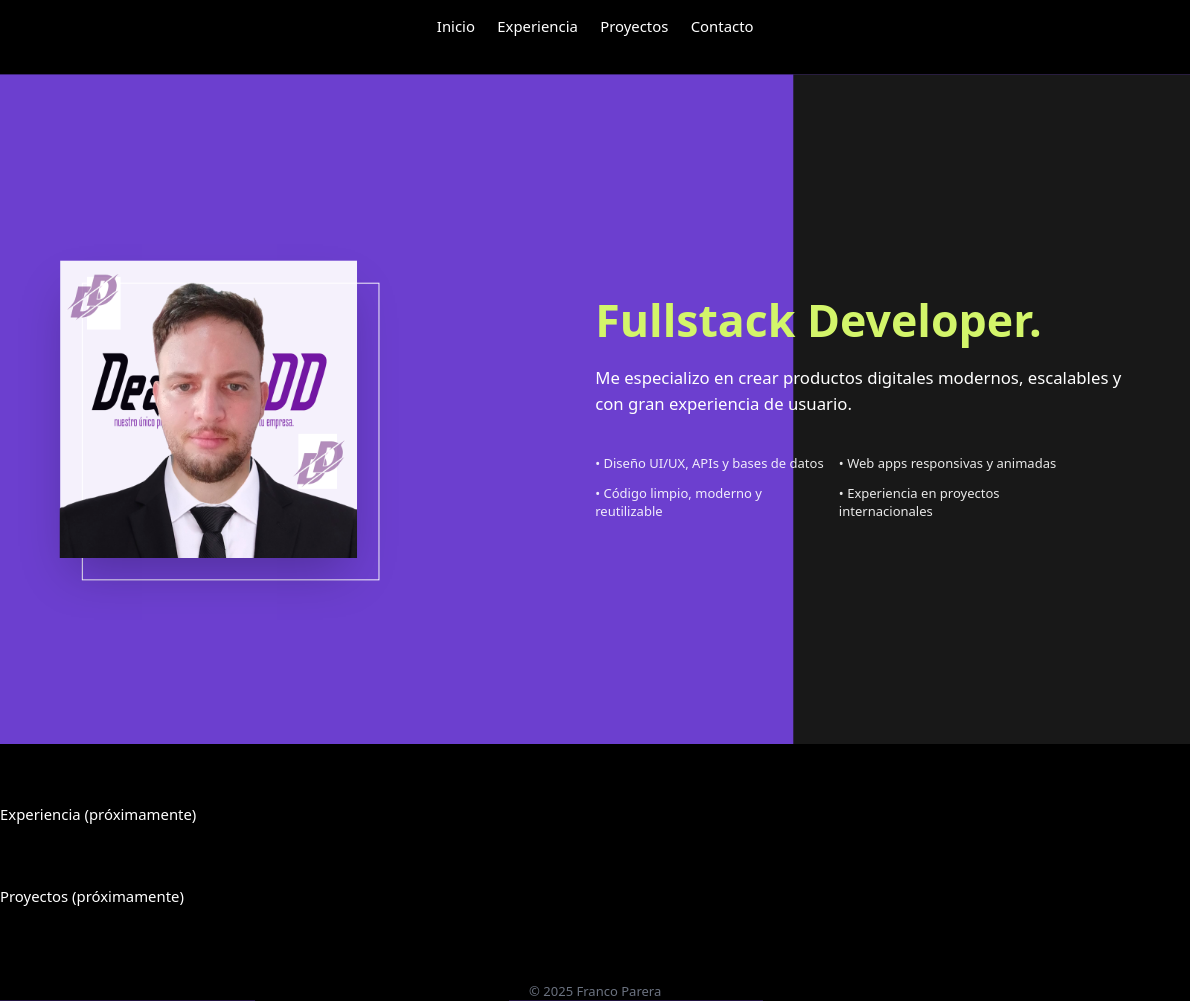
Repository: francoluca35/portfolio-franco-dev
Page: /
An editor plug-in stored every save of this project. The page is shown before and after the next save, followed by the edit.
The browser window is 1280 px wide. The pictures show the whole page, at 93% of full size.
The project was rebuilt for these pictures with package versions that can differ from the ones it lists, and the page was loaded fresh each time. The framework's server and built-in components were replaced by stand-ins that run in the browser. Also part of the build but not shown: next.config.js.

Above is the page before, as saved 2025-05-06 01:14:51.

After the next save:
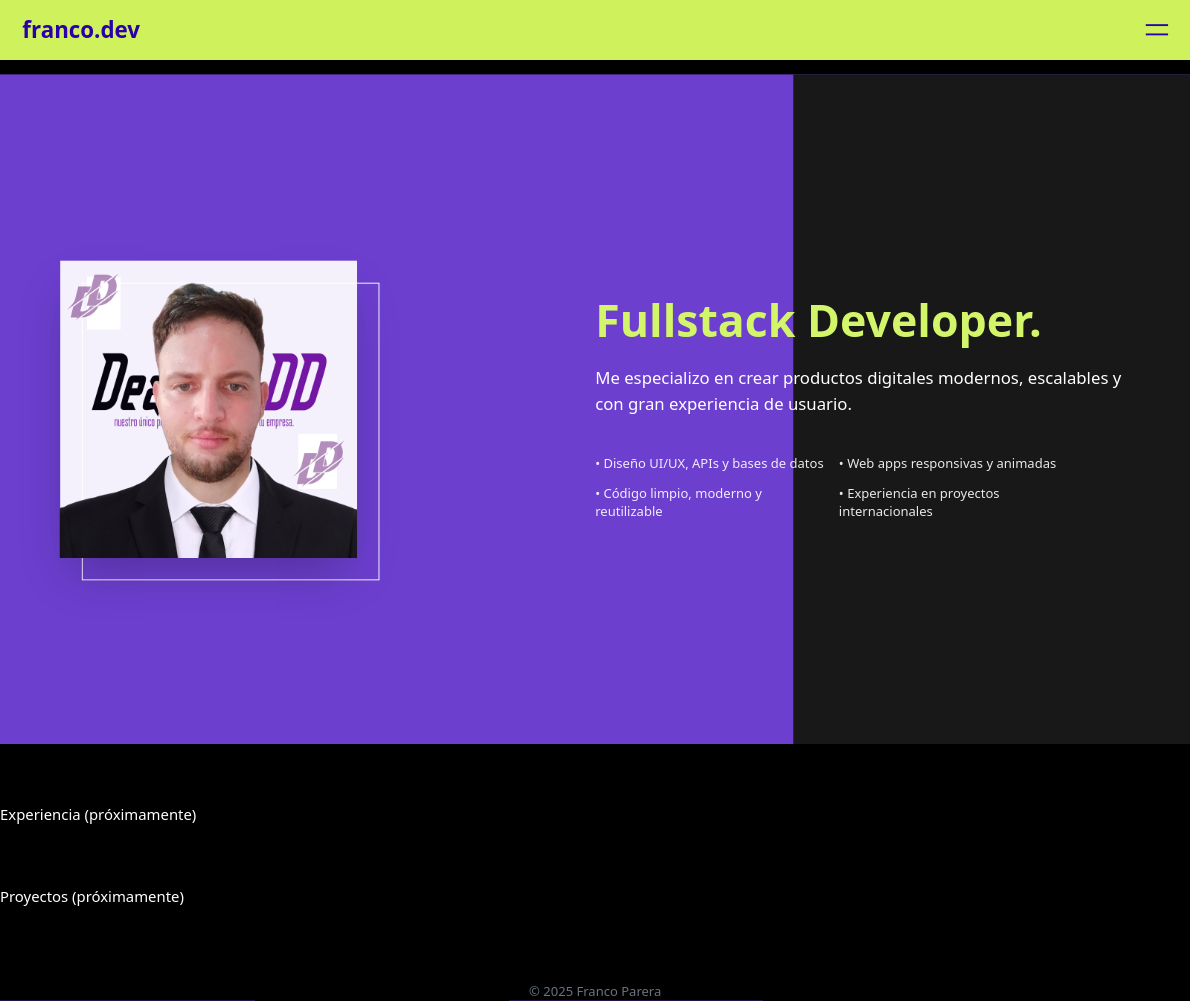
Saved 5 min 40 s later.
--- a/components/Nav.jsx
+++ b/components/Nav.jsx
@@ -1,24 +1,82 @@
 "use client";
 
+import { useState } from "react";
 import Link from "next/link";
+import { motion, AnimatePresence } from "framer-motion";
 
 export default function Nav() {
+  const [isOpen, setIsOpen] = useState(false);
+
   return (
-    <nav className="bg-black text-white px-6 py-4 shadow-md fixed top-0 w-full z-50">
-      <ul className="flex justify-center gap-6">
-        <li>
-          <Link href="#inicio">Inicio</Link>
-        </li>
-        <li>
-          <Link href="#experiencia">Experiencia</Link>
-        </li>
-        <li>
-          <Link href="#proyectos">Proyectos</Link>
-        </li>
-        <li>
-          <Link href="#contacto">Contacto</Link>
-        </li>
-      </ul>
-    </nav>
+    <>
+      {/* Top navbar */}
+      <nav className="fixed top-0 left-0 w-full px-6 py-4 flex justify-between items-center z-50 bg-[#CFF25C] text-[#2B00AA]">
+        <h1 className="text-2xl font-bold">franco.dev</h1>
+
+        <button onClick={() => setIsOpen(true)} className="space-y-2">
+          <span className="block w-6 h-0.5 bg-[#2B00AA]"></span>
+          <span className="block w-6 h-0.5 bg-[#2B00AA]"></span>
+        </button>
+      </nav>
+
+      {/* Fullscreen menu */}
+      <AnimatePresence>
+        {isOpen && (
+          <motion.div
+            initial={{ opacity: 0 }}
+            animate={{ opacity: 1 }}
+            exit={{ opacity: 0 }}
+            className="fixed inset-0 bg-[#E60000] text-white flex flex-col items-center justify-center text-5xl font-extrabold z-50"
+          >
+            <button
+              onClick={() => setIsOpen(false)}
+              className="absolute top-6 right-8 text-lg font-bold"
+            >
+              close
+            </button>
+
+            <ul className="space-y-8 text-center">
+              <li>
+                <Link href="#inicio" onClick={() => setIsOpen(false)}>
+                  HOME
+                </Link>
+              </li>
+              <li>
+                <Link href="#experiencia" onClick={() => setIsOpen(false)}>
+                  EXPERIENCIA
+                </Link>
+              </li>
+              <li>
+                <Link href="#proyectos" onClick={() => setIsOpen(false)}>
+                  PROYECTOS
+                </Link>
+              </li>
+              <li>
+                <Link href="#contacto" onClick={() => setIsOpen(false)}>
+                  CONTACTO
+                </Link>
+              </li>
+            </ul>
+
+            <div className="text-sm font-light mt-16 flex gap-8">
+              <a
+                href="https://linkedin.com/in/francoparera"
+                target="_blank"
+                rel="noopener noreferrer"
+              >
+                LinkedIn
+              </a>
+              <a
+                href="https://twitter.com"
+                target="_blank"
+                rel="noopener noreferrer"
+              >
+                Twitter
+              </a>
+            </div>
+          </motion.div>
+        )}
+      </AnimatePresence>
+    </>
   );
 }

After the save that followed:
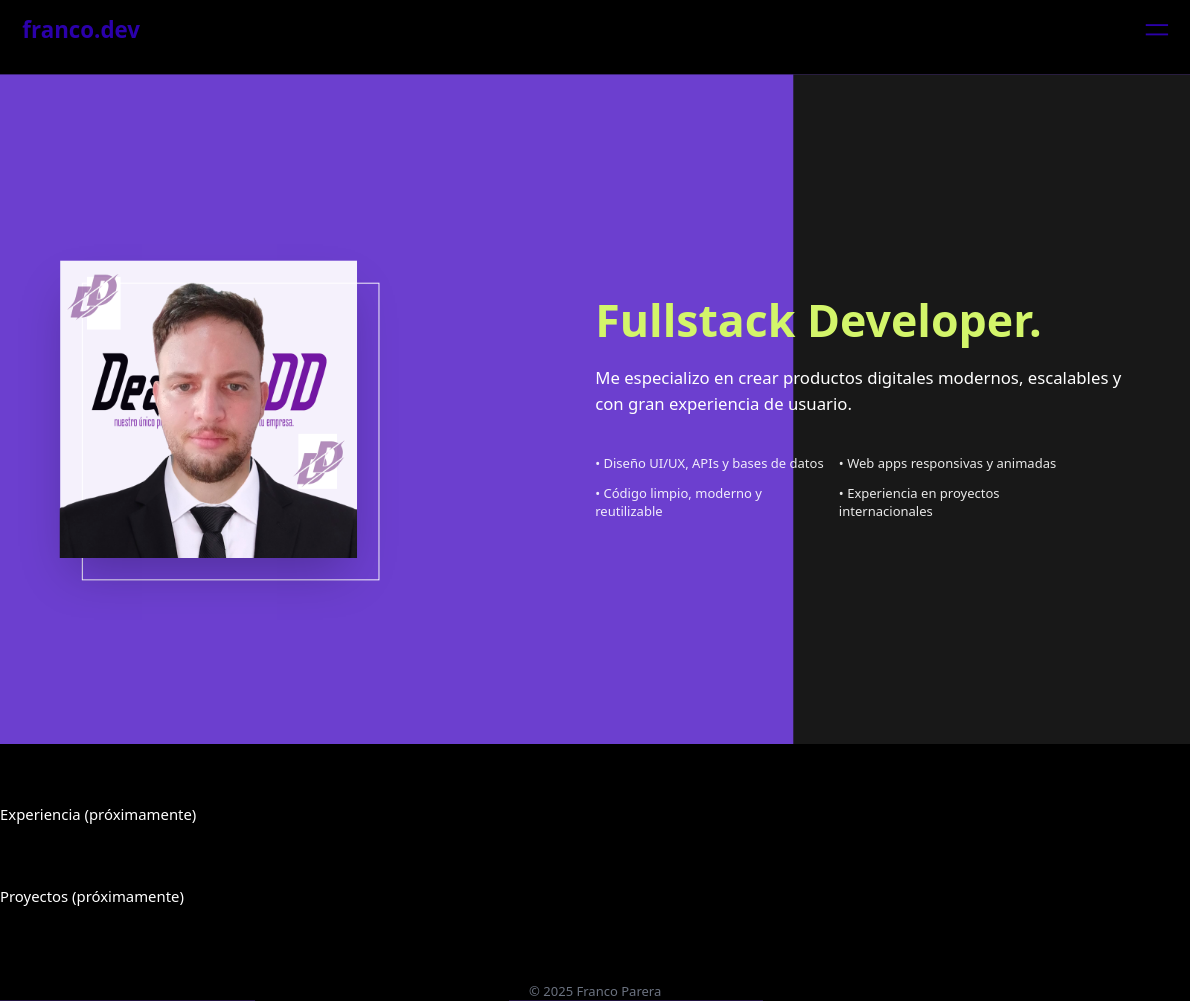
Saved 35 s later.
--- a/components/Nav.jsx
+++ b/components/Nav.jsx
@@ -10,7 +10,7 @@
   return (
     <>
       {/* Top navbar */}
-      <nav className="fixed top-0 left-0 w-full px-6 py-4 flex justify-between items-center z-50 bg-[#CFF25C] text-[#2B00AA]">
+      <nav className="fixed top-0 left-0 w-full px-6 py-4 flex justify-between items-center z-50 bg-transparent text-[#2B00AA]">
         <h1 className="text-2xl font-bold">franco.dev</h1>
 
         <button onClick={() => setIsOpen(true)} className="space-y-2">
